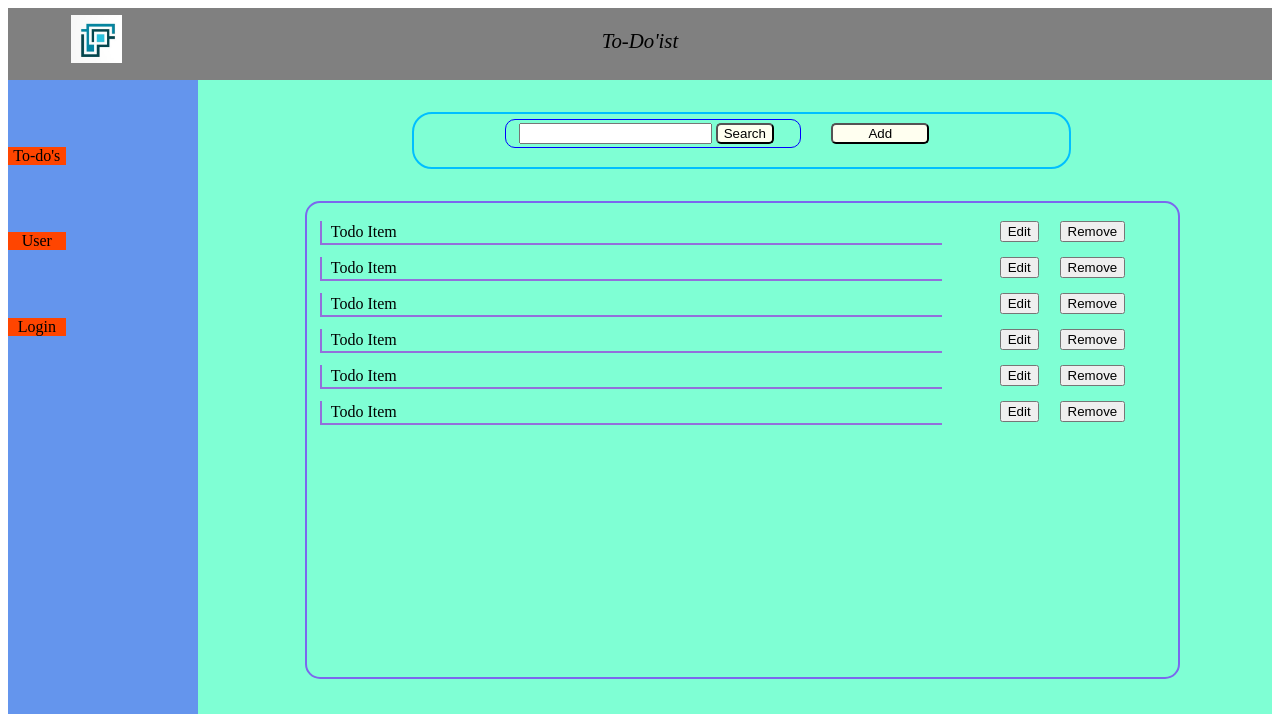
Repository: tavisca-pkadam/Todo-Website
Page: home.html
The author's editor kept a copy of each file at every save. The page is drawn from the files as they stood at one save, then again after the next save.
The browser window is 1280 px wide. The pictures show the whole page.

Above is the page before, as saved 2019-08-20 08:43:34.

After the next save:
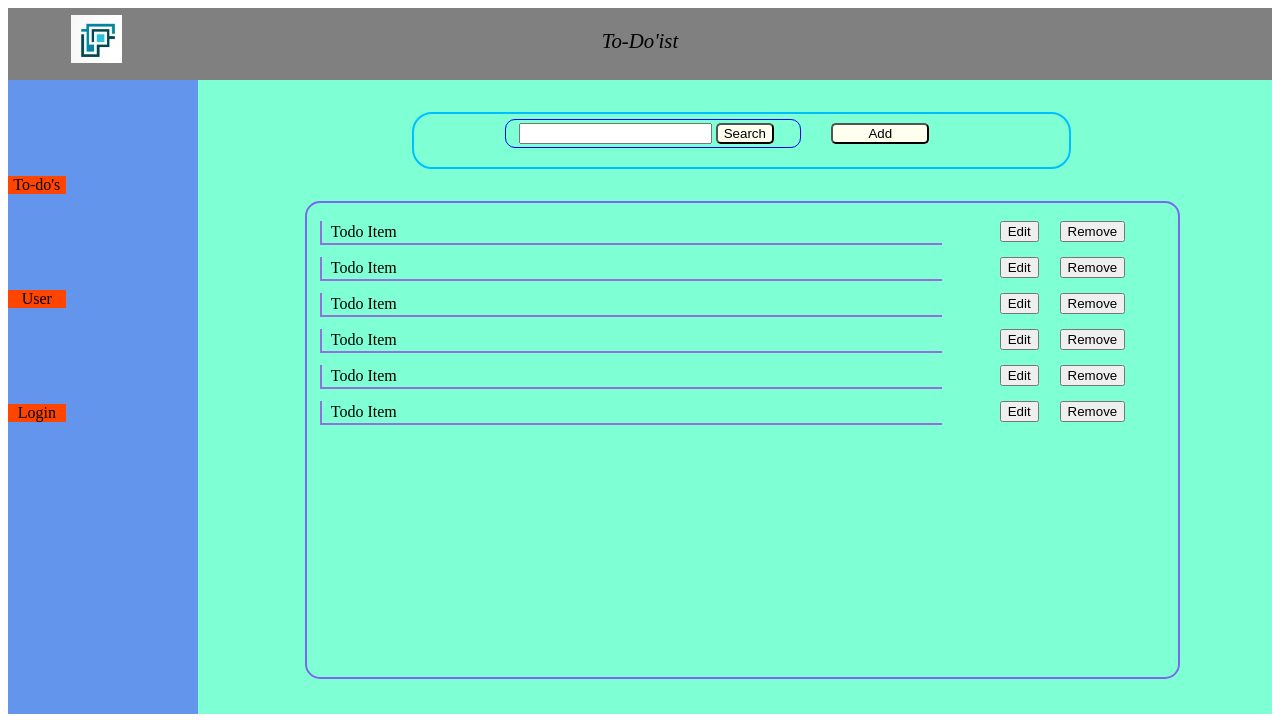
Saved 7 s later.
--- a/main.css
+++ b/main.css
@@ -34,7 +34,7 @@
     width: 30%;
     position: relative;
     background-color: orangered;
-    margin-top: 35%;
+    margin-top: 50%;
 }
 
 
